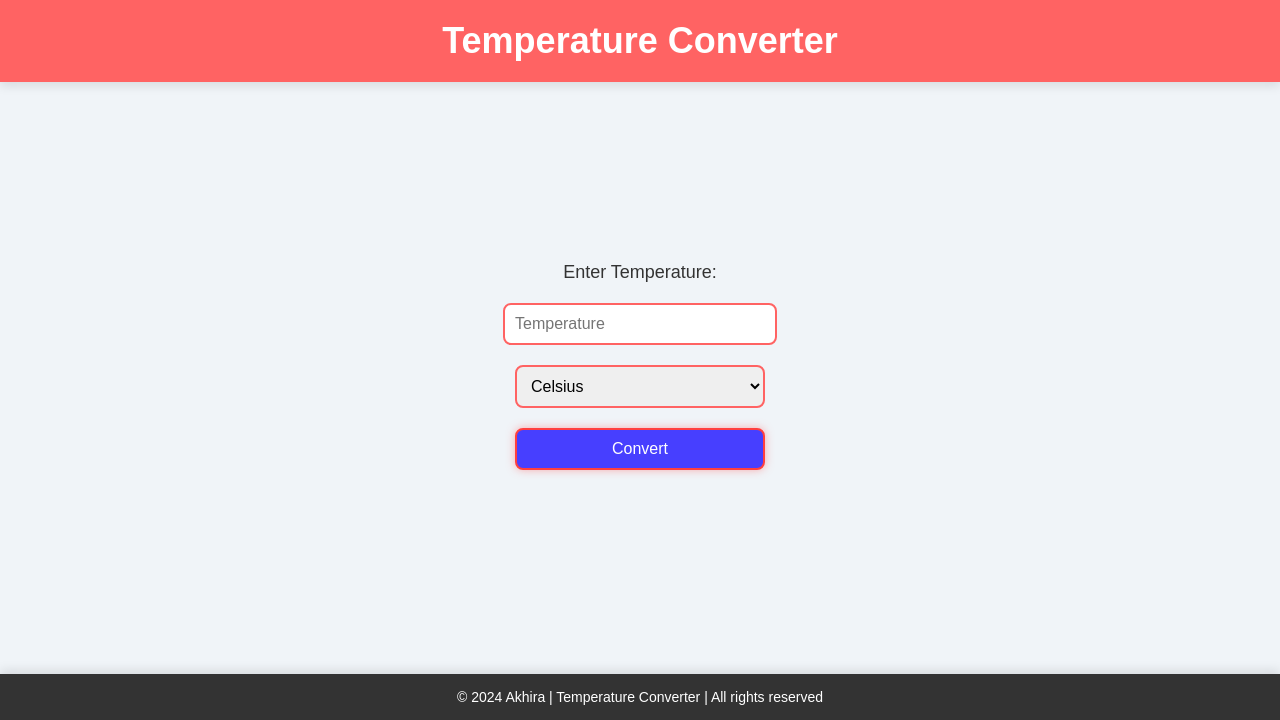
Repository: akhiranandan-04/Temperature-Converter
Page: index.html
These files come from the project's save history. The page is drawn as it stood at one moment and after the next save; the edit follows.
The browser window is 1280 px wide. The pictures show the whole page.
The first visible `.converter button` is being pressed.

Above is the page before, as saved 2024-10-19 13:20:09.

After the next save:
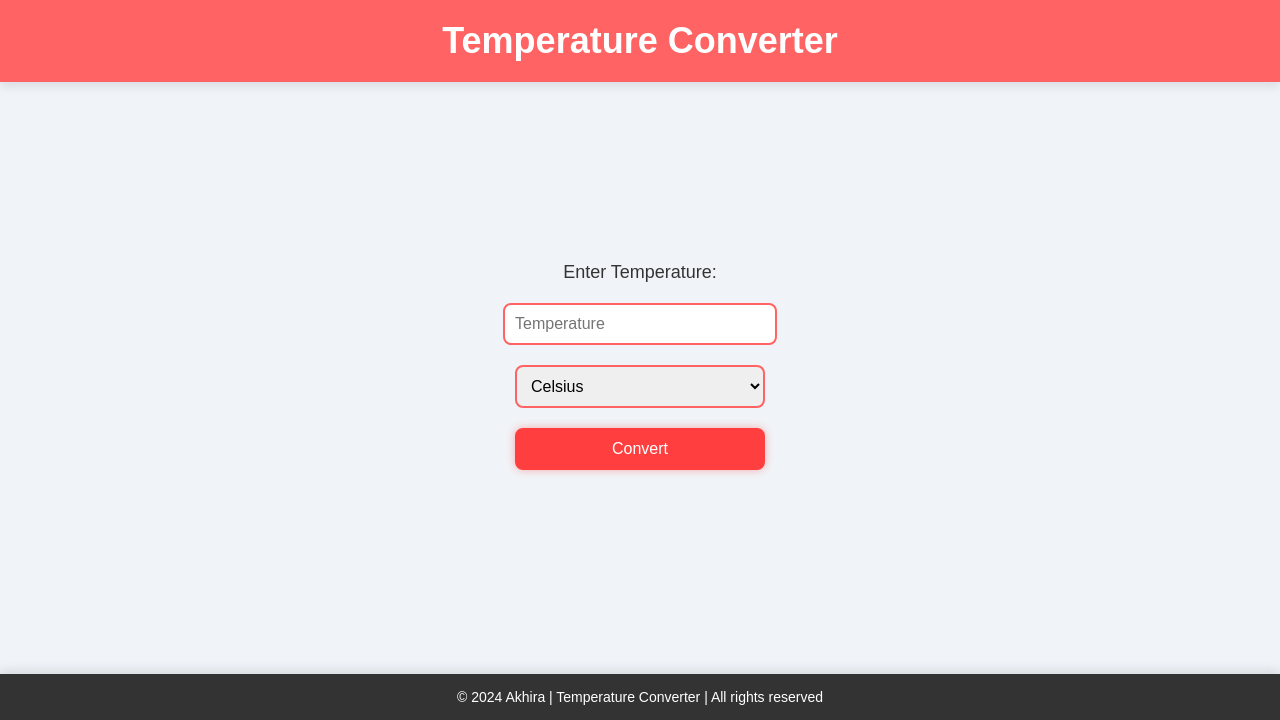
Saved 9 s later.
--- a/style.css
+++ b/style.css
@@ -61,7 +61,7 @@ header h1 {
 }
 
 .converter button:active {
-    background-color: #473fff;
+    background-color: #ff3f3f;
 }
 
 .converter p {
